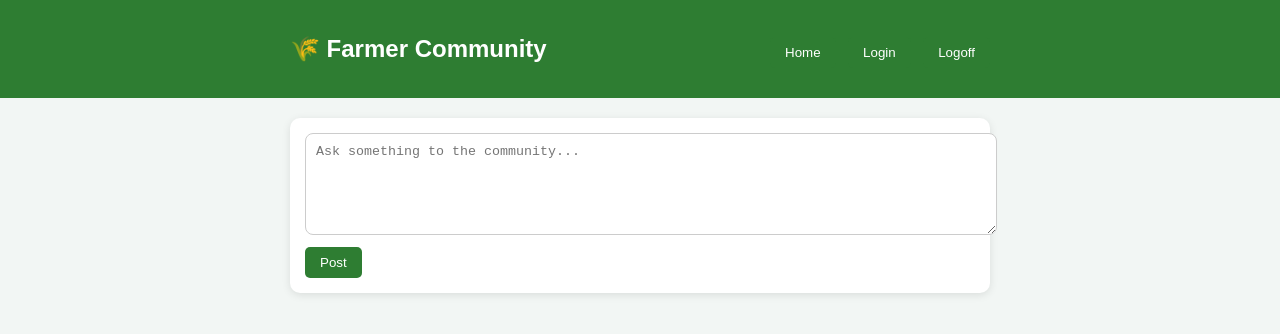
Repository: Desterhub/Agrogyanchatgpt
Page: agrogyan-gpt-main/frontend/community.html
These files come from the project's save history. The page is drawn as it stood at one moment and after the next save; the edit follows.
The browser window is 1280 px wide. The pictures show the whole page.
The page's requests for data from a server got no answer.

Above is the page before, as saved 2026-03-11 18:51:59.

After the next save:
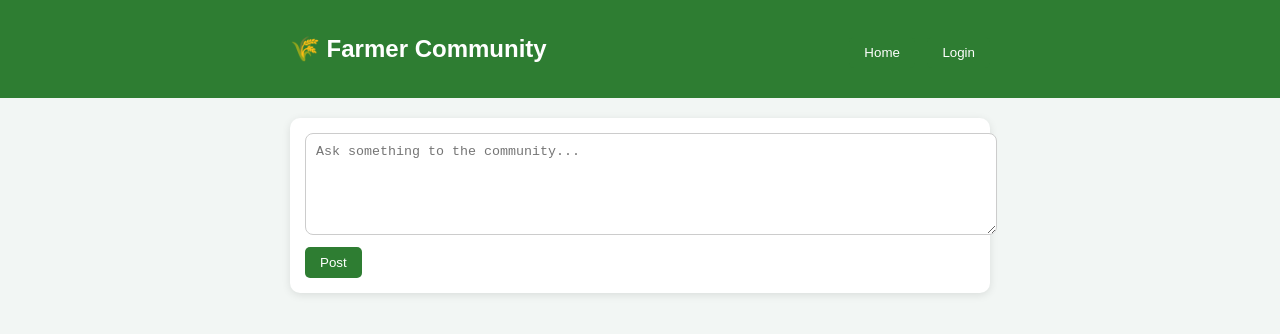
Saved 83 s later.
--- a/agrogyan-gpt-main/frontend/community.html
+++ b/agrogyan-gpt-main/frontend/community.html
@@ -256,6 +256,34 @@ text:text
 loadPosts();
 }
 
+function updateAuthButtons() {
+    const user = localStorage.getItem("user");
+    const loginBtn = document.getElementById("loginBtn");
+    const logoutBtn = document.getElementById("logoutBtn");
+
+    if (user) {
+        loginBtn.style.display = "none";
+        logoutBtn.style.display = "inline-block";
+    } else {
+        loginBtn.style.display = "inline-block";
+        logoutBtn.style.display = "none";
+    }
+}
+
+function goHome() {
+    window.location.href = "index.html";
+}
+
+function goLogin() {
+    window.location.href = "login.html";
+}
+
+function logoff() {
+    localStorage.removeItem("user");
+    window.location.href = "login.html";
+}
+
+updateAuthButtons();
 loadPosts();
 
 </script>
